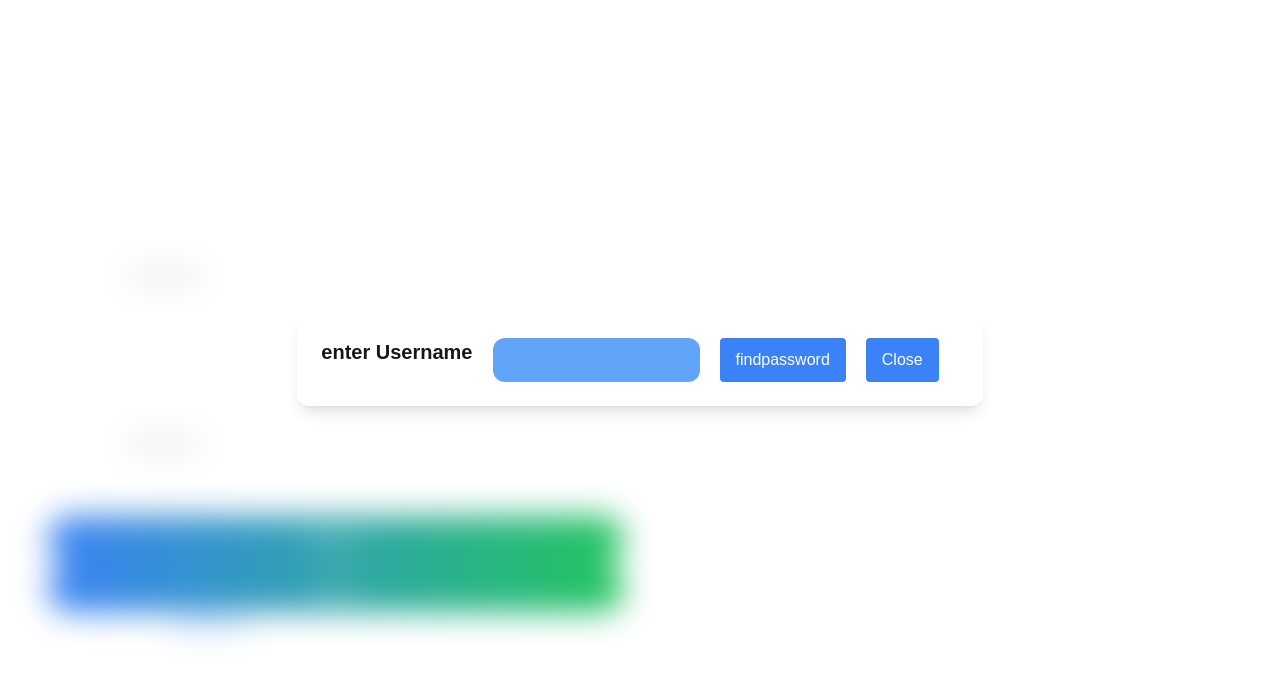
Repository: oxniw/usingmoney
Page: /signin, after clicking the first element matching `span.text-blue-500`
An editor plug-in stored every save of this project. The page is shown before and after the next save, followed by the edit.
The browser window is 1280 px wide. The pictures show the whole page.
The project was rebuilt for these pictures with package versions that can differ from the ones it lists, and the page was loaded fresh each time. The framework's server and built-in components were replaced by stand-ins that run in the browser. Also part of the build but not shown: next.config.ts. Imported but missing from the stored project, and not drawn on this page: components/ui/wavy-background.

Above is the page before, as saved 2025-04-09 19:19:20.

After the next save:
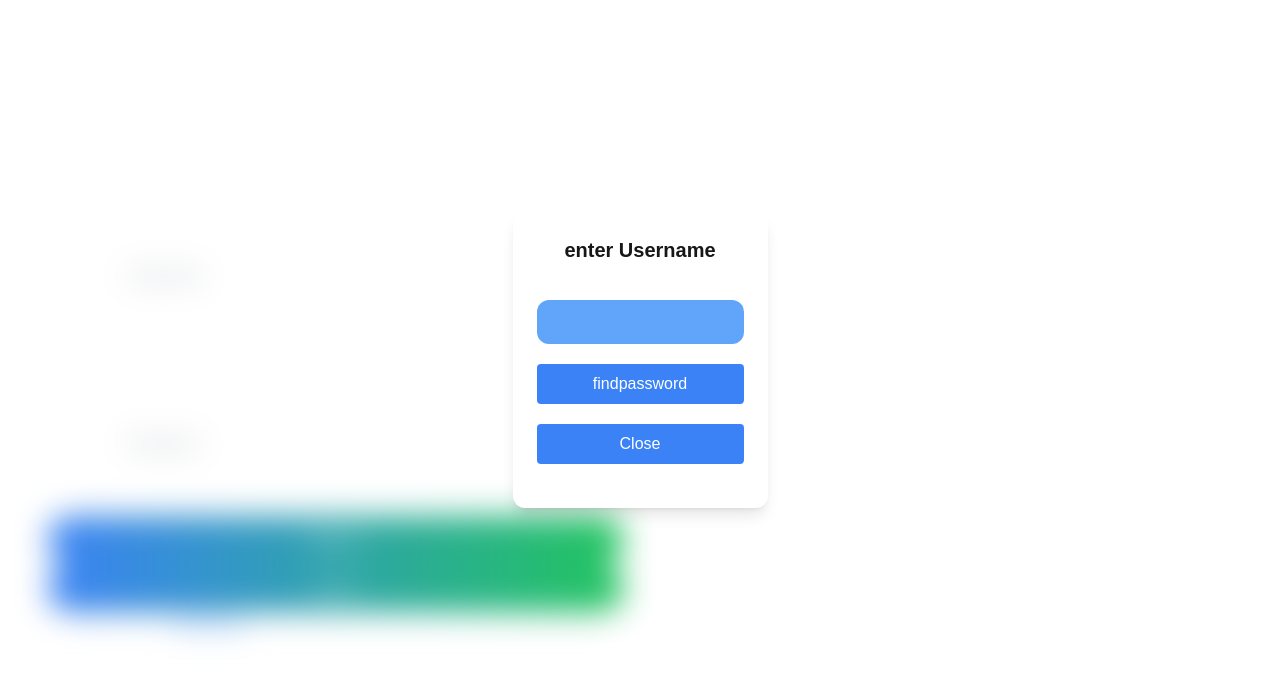
Saved 43 s later.
--- a/src/app/signin/opop.jsx
+++ b/src/app/signin/opop.jsx
@@ -19,7 +19,7 @@ function opoup({ onClose }) {
     }
   return (
     <div className={`fixed inset-0 flex items-center justify-center z-50 shadow-lg bg-gradient-to-r bg-opacity-10 backdrop-blur-lg transition-all duration-300 fadein ${fadeOut ? "opacity-0" : "opacity-100"} `}>
-      <div className="bg-white p-6 shadow-lg text-center flex gap-5 rounded-xl">
+      <div className="bg-white p-6 shadow-lg text-center grid grid-rows-2 gap-5 rounded-xl">
         <h2 className="text-xl font-bold mb-4">enter Username</h2>
         <input type="text" className="bg-blue-400 rounded-xl"
         onChange={(e) => getsetUsername(e.target.value)}/>
